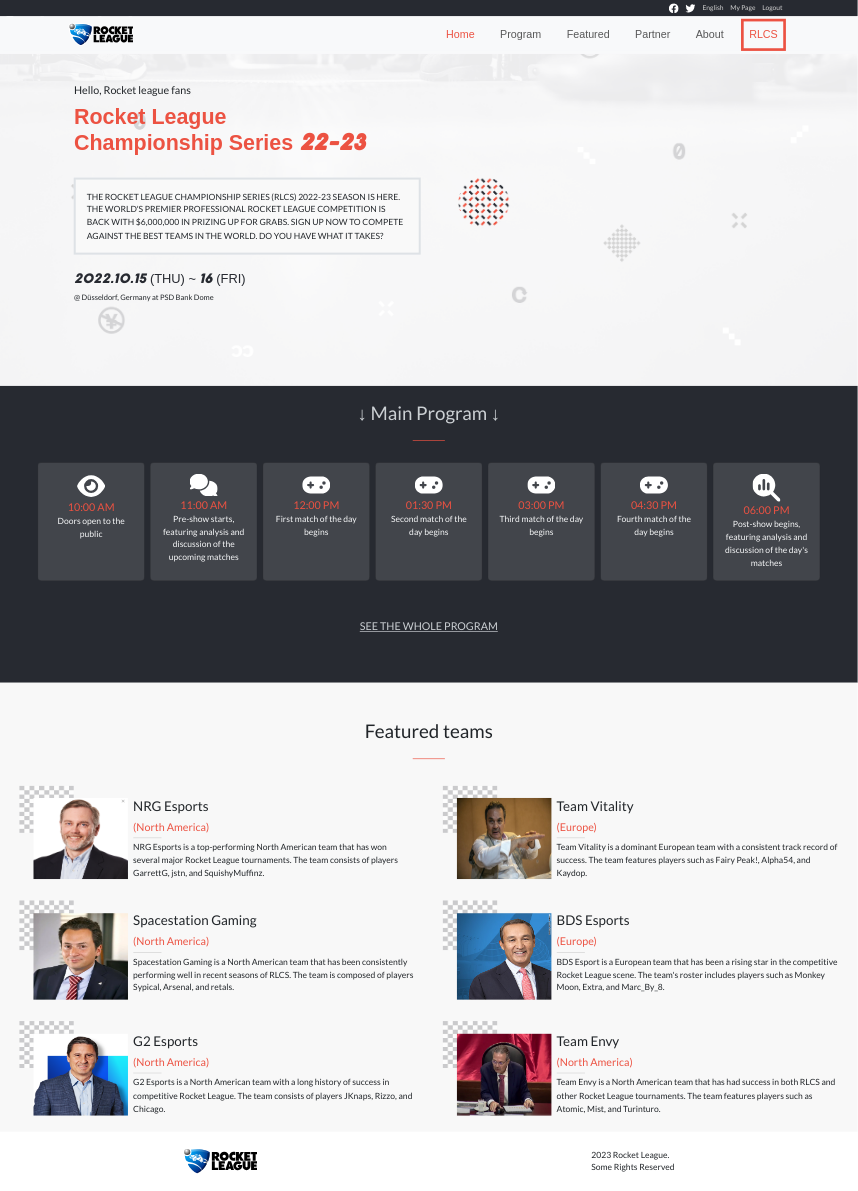
Repository: Salimer/RLCS-event-landing-page
Page: index.html
An editor plug-in stored every save of this project. The page is shown before and after the next save, followed by the edit.
The browser window is 1280 px wide. The pictures show the whole page, at 67% of full size.
Pictures or frames that could not be fetched are drawn as grey boxes. Backgrounds fixed to the window are drawn as part of the page.

Above is the page before, as saved 2023-04-20 16:00:58.

### index.html
<!DOCTYPE html>
<html lang="en">
<head>
    <meta charset="UTF-8">
    <meta http-equiv="X-UA-Compatible" content="IE=edge">
    <meta name="viewport" content="width=device-width, initial-scale=1.0">
    <link href="https://cdn.jsdelivr.net/npm/bootstrap@5.3.0-alpha3/dist/css/bootstrap.min.css" rel="stylesheet" integrity="sha384-KK94CHFLLe+nY2dmCWGMq91rCGa5gtU4mk92HdvYe+M/SXH301p5ILy+dN9+nJOZ" crossorigin="anonymous">
    <link href="https://fonts.googleapis.com/css?family=Lato&display=swap" rel="stylesheet">
    <link rel="stylesheet" href="style.css">
    <title>Rocket league event</title>
</head>
<body>
  <header>
    <div id="social-media" class="py-1">
      <a href="#"><img src="Assets/icons/facebook.svg" alt="facebook"></a>
      <a href="#"><img src="Assets/icons/twitter.svg" alt="twitter"></a>
      <a href="#">English</a>
      <a href="https://salimer.github.io/Portfolio/">My Page</a>
      <a href="#">Logout</a>
    </div>
    <nav class="navbar navbar-expand-md  p-1 bg-light">
        <div class="container-fluid bg-light">
          <a class="navbar-brand" href="index.html"><img src="Assets/images/Rocket_League_logo.svg" alt="Rocket_League_logo"></a>
          <button id="hamburger" class="navbar-toggler bg-light" type="button" data-bs-toggle="collapse" data-bs-target="#navbarSupportedContent" aria-controls="navbarSupportedContent" aria-expanded="false" aria-label="Toggle navigation">
            <span class="navbar-toggler-icon"></span>
          </button>
          <div class="collapse navbar-collapse  ps-3" id="navbarSupportedContent">
            <ul class="navbar-nav ms-auto mb-lg-0">
              <li class="nav-item">
                <a id="home" class="nav-link active" aria-current="page" href="#">Home</a>
              </li>
              <li class="nav-item">
                <a class="nav-link" href="#main-program">Program</a>
              </li>
              <li class="nav-item">
                <a class="nav-link" href="#featured">Featured</a>
              </li>
              <li class="nav-item">
                <a class="nav-link" href="#partner">Partner</a>
              </li>
              <li class="nav-item">
                <a class="nav-link" href="about.html">About</a>
              </li>
              <li class="nav-item">
                <a id="RLCS" class="nav-link" href="#">RLCS</a>
              </li>
              <li class="desktop-hide">
                <a href="https://www.facebook.com/s.bamahfoodh"><img src="Assets/icons/facebook.svg" alt="facebook"></a>
              </li>
              <li class="desktop-hide">
                <a href="#"><img src="Assets/icons/twitter.svg" alt="twitter"></a>
              </li>
              <li class="desktop-hide">
                <a href="https://salimer.github.io/Portfolio/">My Page</a>
              </li>
              <li class="desktop-hide">
                <a href="#">Logout</a>
              </li>
            </ul>
          </div>
        </div>
      </nav>
  </header>
    <main>
        <section id="home-bg" class="headline py-5 px-4 d-flex align-items-center justify-content-center justify-content-md-start">
            <div class="headline-text d-flex flex-column justify-content-center py-3">
              <span>Hello, Rocket league fans</span>
              <h1 class="my-2">Rocket League<br>Championship Series <span>22-23</span></h1>
              <p class="border border-3 p-3 py-3 my-4">
                THE ROCKET LEAGUE CHAMPIONSHIP SERIES (RLCS) 2022-23 SEASON IS HERE. THE WORLD'S PREMIER PROFESSIONAL ROCKET LEAGUE COMPETITION IS BACK WITH $6,000,000 IN PRIZING UP FOR GRABS. SIGN UP NOW TO COMPETE AGAINST THE BEST TEAMS IN THE WORLD. DO YOU HAVE WHAT IT TAKES?
              </p>
              <h2>2022.10.15<span> (THU) ~ </span>16 <span>(FRI)</span></h2>
              <span id="location">@ Düsseldorf, Germany at PSD Bank Dome</span>
            </div>
        </section>
        <section id="main-program" class="main-program d-flex flex-column align-items-center p-4">
            <h3 class="">↓ Main Program ↓</h3>
            <div class="underline mb-4"></div>
            <div class="main-program-cards">
              <article class="card d-flex flex-row px-2 py-3 align-items-center my-2 flex-md-column">
                <img src="Assets/icons/eye-solid.svg" class="card-img-top" alt="..">
                <span class="card-title mx-2 my-0">10:00 AM</span>
                <p class="card-text text-light">Doors open to the public</p>
              </article>
              <article class="card d-flex flex-row px-2 py-3 align-items-center my-2 flex-md-column">
                <img src="Assets/icons/comments-solid.svg" class="card-img-top" alt="..">
                <span class="card-title mx-2 my-0">11:00 AM</span>
                <p class="card-text text-light">Pre-show starts, featuring analysis and discussion of the upcoming matches</p>
              </article>
              <article class="card d-flex flex-row px-2 py-3 align-items-center my-2 flex-md-column">
                <img src="Assets/icons/gamepad-solid.svg" class="card-img-top" alt="..">
                <span class="card-title mx-2 my-0">12:00 PM</span>
                <p class="card-text text-light">First match of the day begins</p>
              </article>
              <article class="card d-flex flex-row px-2 py-3 align-items-center my-2 flex-md-column">
                <img src="Assets/icons/gamepad-solid.svg" class="card-img-top" alt="..">
                <span class="card-title mx-2 my-0">01:30 PM</span>
                <p class="card-text text-light">Second match of the day begins</p>
              </article>
              <article class="card d-flex flex-row px-2 py-3 align-items-center my-2 flex-md-column">
                <img src="Assets/icons/gamepad-solid.svg" class="card-img-top" alt="..">
                <span class="card-title mx-2 my-0">03:00 PM</span>
                <p class="card-text text-light">Third match of the day begins</p>
              </article>
              <article class="card d-flex flex-row px-2 py-3 align-items-center my-2 flex-md-column">
                <img src="Assets/icons/gamepad-solid.svg" class="card-img-top" alt="..">
                <span class="card-title mx-2 my-0">04:30 PM</span>
                <p class="card-text text-light">Fourth match of the day begins</p>
              </article>
              <article class="card d-flex flex-row px-2 py-3 align-items-center my-2 flex-md-column">
                <img src="Assets/icons/magnifying-glass-chart-solid.svg" class="card-img-top" alt="..">
                <span class="card-title mx-2 my-0">06:00 PM</span>
                <p class="card-text text-light">Post-show begins, featuring analysis and discussion of the day's matches</p>
              </article>
            </div>
            <button id="main-program-button" type="button" class="btn btn-danger py-4 px-5 my-4">Join RLCS 22-23</button>
            <a id="whole-program" class="py-4 px-5 my-4" href="#">SEE THE WHOLE PROGRAM</a>
        </section>
        <section id="featured" class="featured d-flex flex-column align-items-center p-2">
            <h3 class="mt-5">Featured teams</h3>
            <div class="underline mb-4"></div>
            <div class="featured-cards d-flex flex-column flex-md-row justify-content-around">
            </div>
        </section>
        <section id="partner-home" class="partner d-flex flex-column align-items-center p-4 text-center">
          <h3 class="text-light">Partner</h3>
          <div class="underline mb-4"></div>
          <div class="partner-imgs w-100 d-flex flex-wrap flex-column flex-md-row justify-content-around align-items-center">
              <img id="f1" class="p-1" src="Assets/partners/F1-logo red.svg" alt="F1-logo">
              <img id="redbull" class="p-1" src="Assets/partners/redbullenergydrink.svg" alt="RedBull logo">
              <img id="ford" class="p-1" src="Assets/partners/Ford_logo_flat.svg" alt="Ford logo">
              <img id="mclaren" class="p-1" src="Assets/partners/mclaren.svg" alt="Mclaren logo">
          </div>
      </section>
    </main>
    <footer class="d-flex justify-content-around align-items-center p-4">
      <img src="Assets/images/Rocket_League_logo.svg" alt="Rocket_League_logo">
      <p class="m-0">2023 Rocket League.<br>Some Rights Reserved</p>
    </footer>

    <script src="https://cdn.jsdelivr.net/npm/bootstrap@5.3.0-alpha3/dist/js/bootstrap.bundle.min.js" integrity="sha384-ENjdO4Dr2bkBIFxQpeoTz1HIcje39Wm4jDKdf19U8gI4ddQ3GYNS7NTKfAdVQSZe" crossorigin="anonymous"></script>
    <script src="script.js"></script>
</body>
</html>

### style.css
@font-face {
  font-family: 'CocoGoose';
  src: url('Assets/fonts/CocoGoose/Cocogoose\ Pro-trial.ttf') format('truetype');
  font-family: 'CocoGooseNum';
  src: url('Assets/fonts/CocoGoose/Cocogoose\ Pro\ Italic-trial.ttf') format('truetype');
  font-weight: normal;
  font-style: normal;
}

* {
  margin: 0;
  padding: 0;
  box-sizing: border-box;
  scroll-behavior: smooth;
}

body {
  font-family: 'lato', sans-serif;
}

/* Header  */
header {
  font-family: 'CocoGoose', sans-serif;
  position: fixed;
  width: 100%;
  z-index: 1;
}

header > div {
  display: none;
  justify-content: end;
  align-items: center;
  gap: 10px;
  background-color: #272a31;
  padding-right: 7rem;
}

a {
  text-decoration: none;
}

header > div a {
  font-family: 'lato', sans-serif;
  font-size: 10px;
  color: #d3d3d3;
}

.nav-link {
  border: 4px solid transparent;
}

#RLCS {
  color: #ec5242;
  border: 4px solid #ec5242;
  display: none;
}

.navbar-nav {
  margin-right: 5.7rem;
  gap: 14px;
}

.navbar-brand {
  margin-left: 5.4rem;
  display: none;
}

.desktop-hide {
  padding: 0.5rem 0;
}

.desktop-hide a {
  color: #000000a6;
}

/* ================================================ */

/* Footer  */
footer img {
  height: 2.5rem;
}

/* ================================================ */

header > div img {
  height: 15px;
  filter: invert(100%);
}

header nav img {
  height: 35px;
}

/* ===================================================== */

/* Partner  */
.partner img {
  height: 4rem;
  width: 7rem;
}

/* ===================================================== */

#home {
  color: #ec5242;
}

#hamburger {
  border: 2px solid #ec5242;
}

/* backgrounds  */
#home-bg {
  background-image: url('Assets/images/header.png');
  background-repeat: no-repeat;
  background-size: center center;
  background-attachment: fixed;
}

#about-bg {
  background-image: url('Assets/images/header.png');
  background-repeat: no-repeat;
  background-size: center center;
  background-attachment: fixed;
}

/* Headline  */
.headline {
  height: 80vh;
}

.headline-text p {
  background-color: #f9f9f9;
 }

/* ================================================ */

/* Headline  */
h2 span {
  font-family: 'CocoGoose', sans-serif;
}

/* Main program  */
.main-program span {
  min-width: 4.4rem;
  color: #ec5242;
}

/* Featured  */
.team span {
  color: #ec5242;
}

/* ================================================ */

.headline h1 span {
  font-family: 'CocoGooseNum', sans-serif;
}

p {
  font-size: 0.8em;
}

h1 {
  font-family: 'CocoGoose', sans-serif;
  font-weight: bold;
  color: #ec5242;
}

h2 {
  font-family: 'CocoGooseNum', sans-serif;
  color: #272a31;
  font-size: 1.2rem;
}

#location {
  font-size: 0.7rem;
}

/* Main program  */

.main-program h3 {
  color:rgba(222, 226, 230, 0.9);
}

.main-program {
  background-color: #272a31;
}

.main-program-cards {
  display: flex;
  flex-direction: column;
  justify-content: stretch;
  align-items: stretch;
}

.main-program article {
  background-color: rgba(255, 255, 255, 0.13);
  max-width: 30rem;
}

.main-program img {
  width: 11%;
  filter: invert(100%);
}

.main-program button {
  background-color: #ec5242;
}

#whole-program {
  display: none;
  text-decoration: underline;
  color:rgba(222, 226, 230, 0.9);
}

/* Featured  */
.featured {
  background-color: #f8f8f8;
}

.featured article {
  background-color: transparent;
}

.underline {
  height: 1rem;
  width: 30%;
  max-width: 3rem;
  border-bottom: 1px solid #ec5242;
}

.featured .card {
  border: 0;
  max-width: 40rem;
}

.featured .card-title {
  margin-top: 17px;
}

.featured-image-holder {
  width: 38%;
  height: 6rem;
  background-image: url("Assets/images/transparent.jpg");
  background-size: 50% 50%;
  /* background-size: cover; */
  background-repeat: no-repeat;
}

.featured-image-holder img {
  width: 87%;
  height: 87%;
}

.team {
  width: 100%;
}

.team .underline {
  height: 0;
  width: 10%;
  border-bottom: 1px solid #d3d3d3;
}

/* Partner  */
#partner-home {
  display: none !important;
}

/* About page ============================================ */

/* Headline  */
#contact {
  color: gray;
  background-color: transparent;
  font-size: 0.7rem;
}

#location a {
  text-decoration: underline;
  color: #272a31;
}

/* Logo story  */
.logo-story-image-holder {
  padding: 1rem;
}

/* Past events  */


.past-events a {
  text-decoration: none;
  padding: 3rem 5rem;
}

.past-events a + a {
  margin-top: 3rem;
}

.event-holder {
  background: linear-gradient(rgba(236, 82, 66, 0.5), rgba(236, 82, 66, 0.5)), url('Assets/images/2022.jpg');
  background-repeat: no-repeat;
  background-size: 100% 100%;
}

.event-holder-2 {
  background: linear-gradient(rgba(236, 82, 66, 0.5), rgba(236, 82, 66, 0.5)), url('Assets/images/2020.jpg');
  background-repeat: no-repeat;
  background-size: 100% 100%;
}

/* Partner  */
.partner {
  background-color: #272a31;
}

/* desktop version ============================================ */
@media screen and (min-width: 768px) {
  /* backgrounds  */
  #home-bg {
    background-image: url('Assets/images/header.png');
    background-size: 100% 100%;
  }

  #about-bg {
    background-image: url('Assets/images/header.png');
    background-size: 100% 100%;
  }

  /* Header  */
  header > div {
    display: flex;
  }

  .desktop-hide {
    display: none;
  }

  .navbar-brand {
    margin-left: 5.4rem;
    display: block;
  }

  #RLCS {
    display: block;
  }

  /* Headline  */
  .headline {
    height: 80vh;
  }

  .headline h1 {
    font-size: 2rem;
  }

  .headline-text {
    width: 70%;
    margin-left: 5.4rem;
  }

  .headline-text p {
    max-width: 60%;
  }

  /* Main program  */
  .main-program-cards {
    flex-direction: row;
    flex-wrap: wrap;
    justify-content: center;
    text-align: center;
  }

  .main-program-cards article {
    max-width: 10rem;
  }

  .main-program-cards article + article {
    margin-left: 0.5rem;
  }

  .main-program img {
    min-width: 30%;
  }

  /* ================================================ */

  /* Logo story  */
  .logo-story p {
    max-width: 50%;
  }

  /* ================================================ */

  .main-program-cards article p {
    max-width: 8rem;
  }

  #main-program-button {
    display: none;
  }

  #whole-program {
    display: block;
  }

  /* Featured  */
  .featured-cards {
    flex-wrap: wrap;
  }

  .featured .card {
    max-width: 48%;
  }

  .featured-image-holder {
    width: 38%;
    max-width: unset;
    height: unset;
    background-image: url("Assets/images/transparent.jpg");
    background-size: 50% 50%;
    background-repeat: no-repeat;
  }

  /* About page ============================================ */
  /* headline  */
  .headline-text-about {
    margin-left: 0;
  }

  .headline-text-about p {
    max-width: 80%;
  }

  /* Logo story  */
  .logo-story-image-holder {
    padding: 4rem;
  }
  /* Past events  */
  .past-events a + a {
    margin-top: 0;
    margin-left: 3rem;
  }

  /* Partner  */
  #partner-home {
    display: flex;
  }
  .partner img {
    height: 8rem;
    width: 11rem;
  }
}

### script.js
const featuredTeams = [
  {
    image: 'Assets/teams/nrg.png',
    name: 'NRG Esports',
    region: '(North America)',
    description: 'NRG Esports is a top-performing North American team that has won several major Rocket League tournaments. The team consists of players GarrettG, jstn, and SquishyMuffinz.',
  },
  {
    image: 'Assets/teams/vitality.jpg',
    name: 'Team Vitality',
    region: '(Europe)',
    description: 'Team Vitality is a dominant European team with a consistent track record of success. The team features players such as Fairy Peak!, Alpha54, and Kaydop.',
  },
  {
    image: 'Assets/teams/spacestation.jpg',
    name: 'Spacestation Gaming',
    region: '(North America)',
    description: 'Spacestation Gaming is a North American team that has been consistently performing well in recent seasons of RLCS. The team is composed of players Sypical, Arsenal, and retals.',
  },
  {
    image: 'Assets/teams/bds.jpg',
    name: 'BDS Esports',
    region: '(Europe)',
    description: "BDS Esport is a European team that has been a rising star in the competitive Rocket League scene. The team's roster includes players such as Monkey Moon, Extra, and Marc_By_8.",
  },
  {
    image: 'Assets/teams/g2.png',
    name: 'G2 Esports',
    region: '(North America)',
    description: 'G2 Esports is a North American team with a long history of success in competitive Rocket League. The team consists of players JKnaps, Rizzo, and Chicago.',
  },
  {
    image: 'Assets/teams/envy.jpg',
    name: 'Team Envy',
    region: '(North America)',
    description: 'Team Envy is a North American team that has had success in both RLCS and other Rocket League tournaments. The team features players such as Atomic, Mist, and Turinturo.',
  },
];

featuredTeams.forEach((team) => {
  // create article element
  const container = document.createElement('article');
  container.classList.add('card', 'd-flex', 'flex-row', 'justify-content-end', 'p-2', 'my-2');

  // create image div
  const imageHolder = document.createElement('div');
  imageHolder.classList.add('featured-image-holder', 'd-flex', 'justify-content-end', 'align-items-end');
  container.appendChild(imageHolder);

  // create image element
  const image = document.createElement('img');
  image.src = team.image;
  image.alt = team.name;
  imageHolder.appendChild(image);

  // create team details div
  const teamDetails = document.createElement('div');
  teamDetails.classList.add('team', 'd-flex', 'flex-column', 'ps-2');
  container.appendChild(teamDetails);

  // create team name
  const teamName = document.createElement('h5');
  teamName.className = 'card-title';
  teamName.innerHTML = team.name;
  teamDetails.appendChild(teamName);

  // create team region element
  const teamRegion = document.createElement('span');
  teamRegion.className = 'card-text';
  teamRegion.innerHTML = team.region;
  teamDetails.appendChild(teamRegion);

  // create underline element
  const underline = document.createElement('div');
  underline.className = 'underline my-1';
  teamDetails.appendChild(underline);

  // create description element
  const teamDescription = document.createElement('p');
  teamDescription.className = 'card-text';
  teamDescription.innerHTML = team.description;
  teamDetails.appendChild(teamDescription);

  // append team card to html
  document.querySelector('.featured-cards').appendChild(container);
});

After the next save:
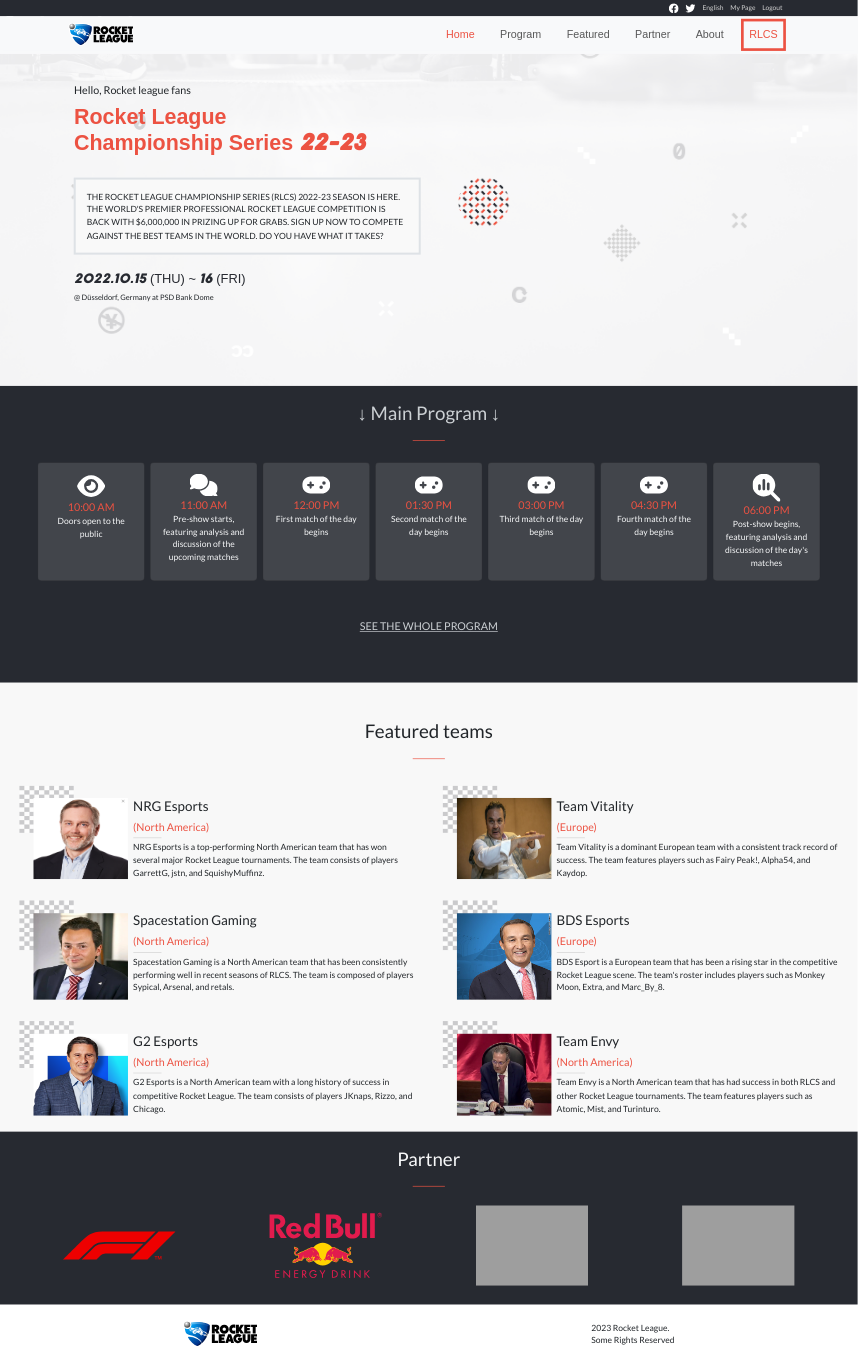
Saved 15 s later.
--- a/style.css
+++ b/style.css
@@ -446,7 +446,7 @@
 
   /* Partner  */
   #partner-home {
-    display: flex;
+    display: flex !important;
   }
   .partner img {
     height: 8rem;
